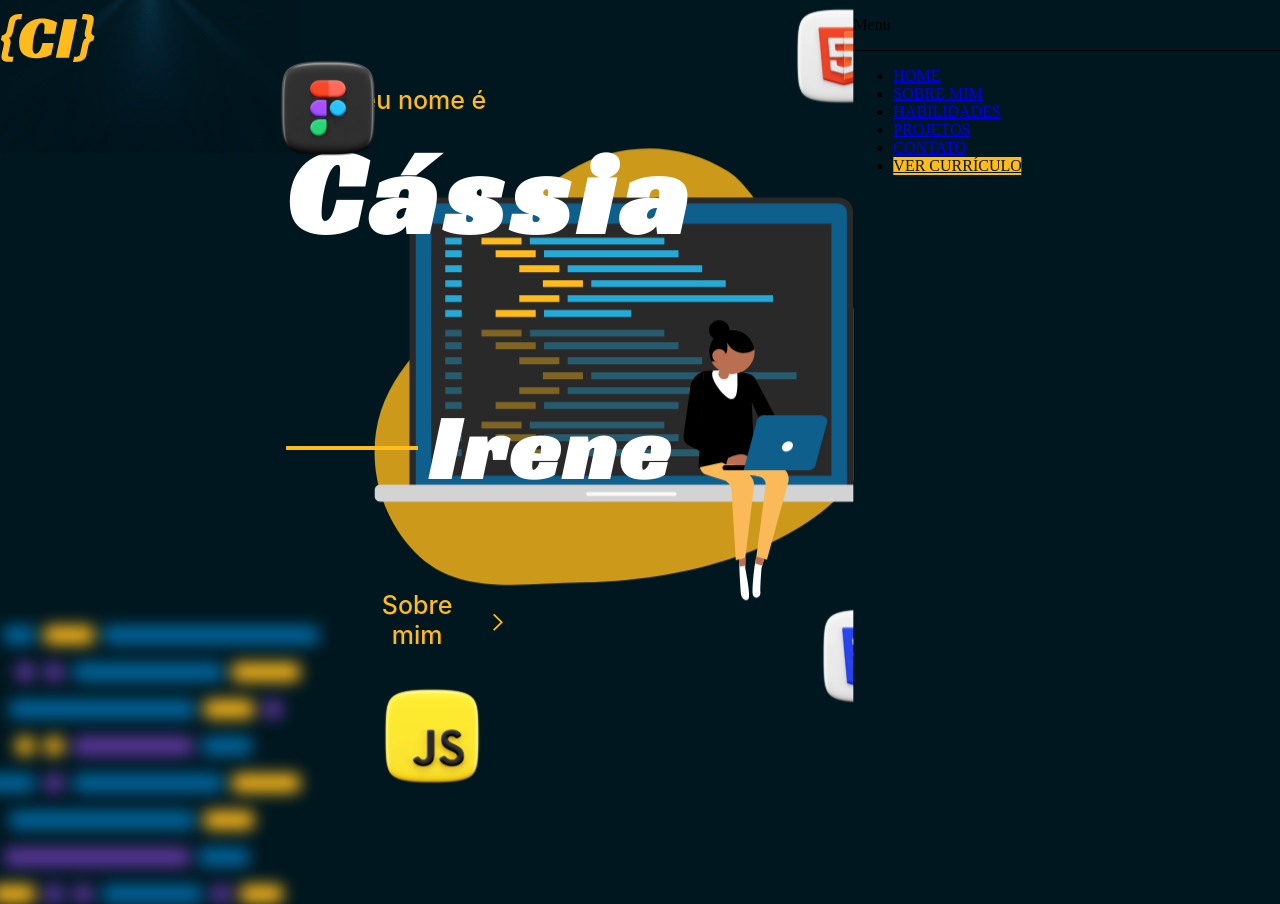
Repository: Cassia-Irene/My-Portfolio
Page: /
The author's editor kept a copy of each file at every save. The page is drawn from the files as they stood at one save, then again after a run of saves.
The browser window is 1280 px wide. The pictures show the whole page.
The project was rebuilt for these pictures with package versions that can differ from the ones it lists, and the page was loaded fresh each time. Also part of the build but not shown: vite.config.ts.

Above is the page before, as saved 2025-12-09 02:03:48.

After the next 2 saves:
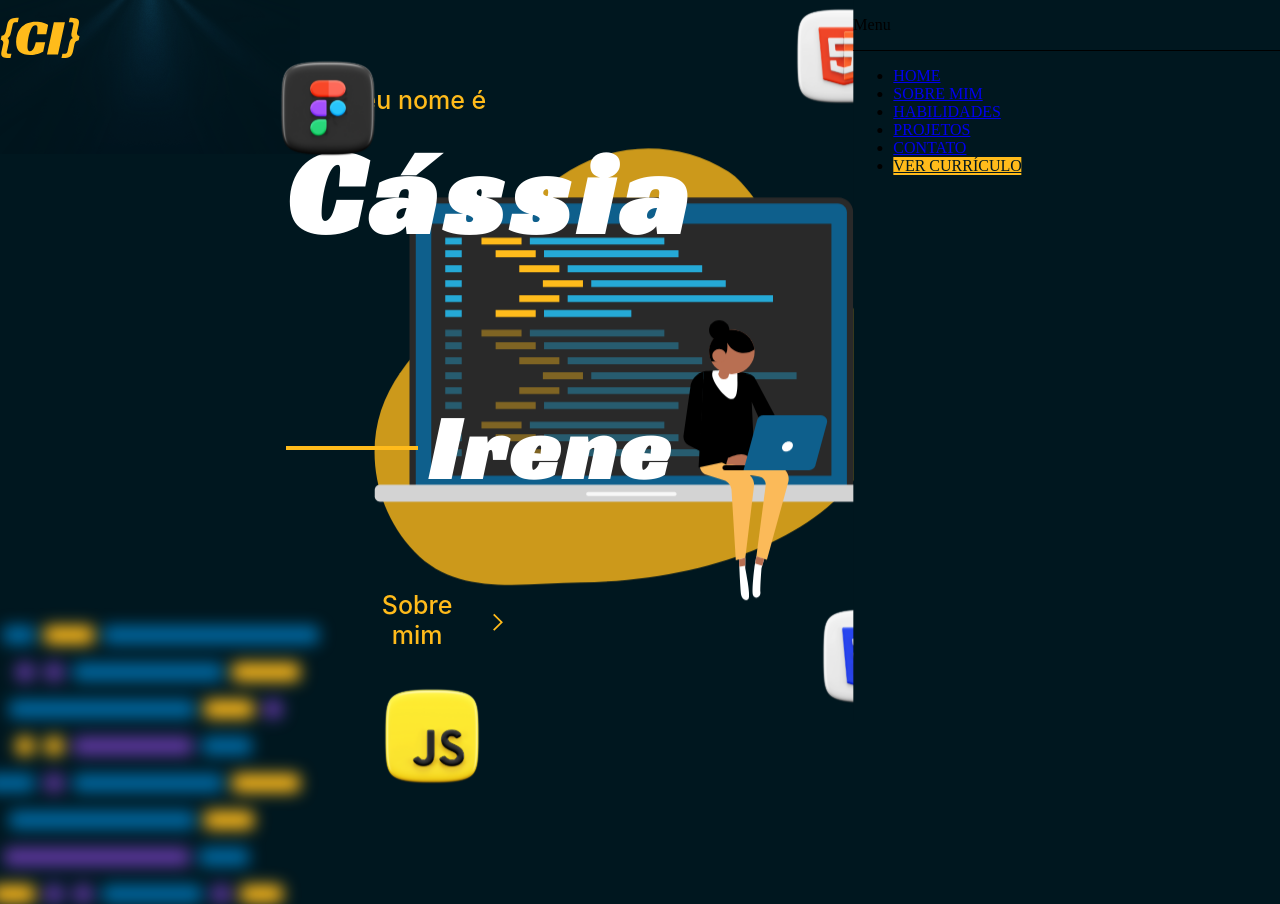
The 2 saves are shown as one change because they came seconds apart.
The last was saved 7 min 8 s later.
--- a/src/Header.tsx
+++ b/src/Header.tsx
@@ -38,7 +38,7 @@ const Header: React.FC = () => {
           <img
             src={LogoImg}
             alt="Logo"
-            className="w-[95px] h-[76px] md:w-[80px] md:h-[64px]"
+            className="w-[80px] h-[76px] md:w-[80px] md:h-[64px]"
           />
         </a>
 
